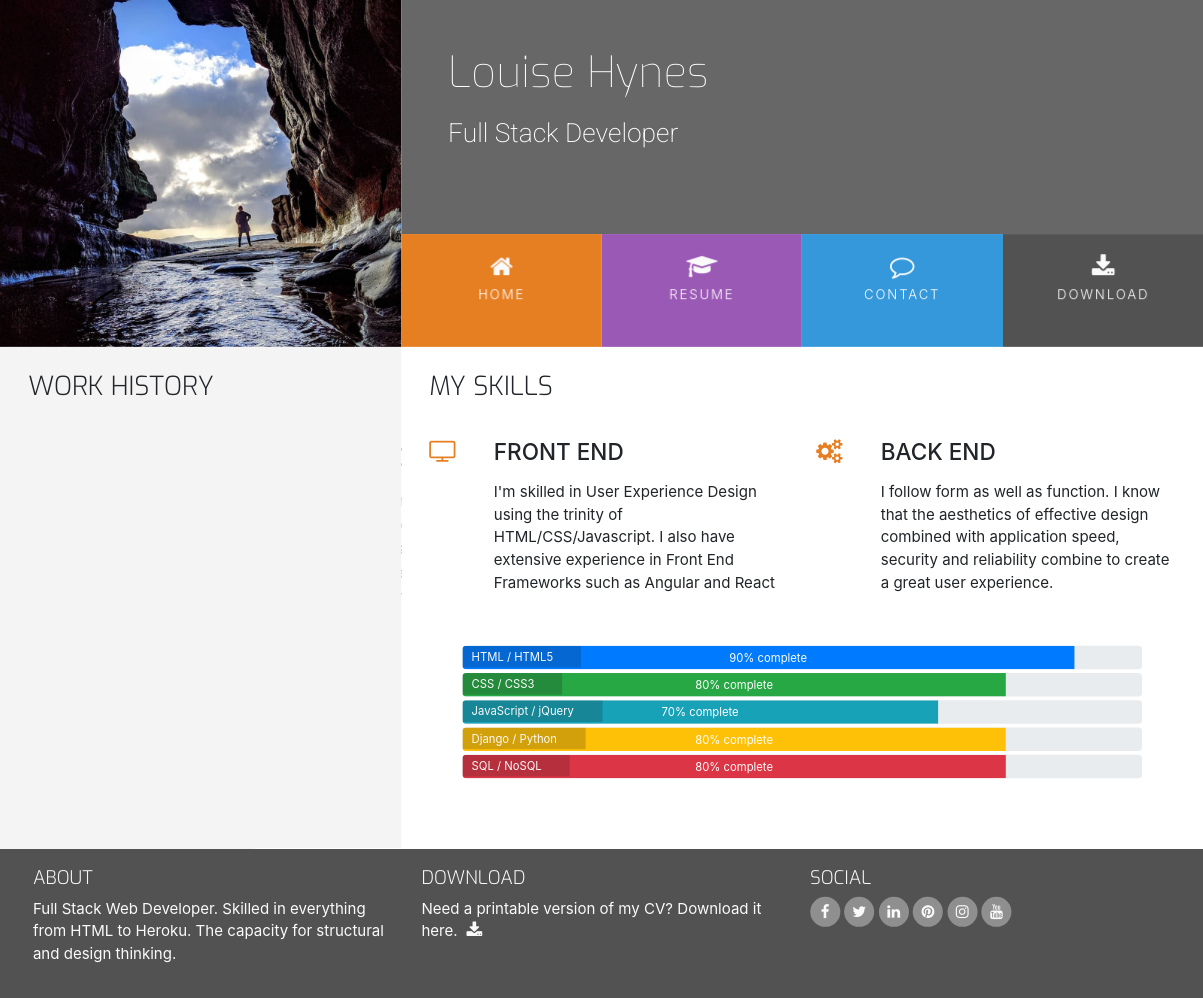
Repository: lhynes/Mini-Project-Resume
Page: resume.html
The author's editor kept a record of every edit. The page is drawn from the files as they stood at one moment, then again after the next edit.
The browser window is 1280 px wide. The pictures show the whole page, at 94% of full size.

Above is the page before.

### resume.html
<!DOCTYPE html>
<html lang="en">

<head>
    <meta charset="UTF-8">
    <meta name="viewport" content="width=device-width, initial-scale=1.0">
    <meta http-equiv="X-UA-Compatible" content="ie=edge">
    <!--access exrtenal links - bootstrap cdn - https://www.bootstrapcdn.com/-->
    <link rel="stylesheet" href="https://stackpath.bootstrapcdn.com/bootstrap/4.3.1/css/bootstrap.min.css" type="text/css" />
    <!--access exrtenal links - fontAwesome cdn - https://www.bootstrapcdn.com/-->
    <link rel="stylesheet" href="https://stackpath.bootstrapcdn.com/font-awesome/4.7.0/css/font-awesome.min.css" type="text/css" />
    <link rel="stylesheet" href="assets/css/style.css" type="text/css" />
    <link rel="stylesheet" href="https://cdnjs.cloudflare.com/ajax/libs/hover.css/2.3.1/css/hover-min.css" type="text/css" />
    <title>Louise</title>
</head>

<body>
    <header>
        <div class="row no-gutters">
            <a class="col-md-4 logo" href="index.html"></a>
            <div class="col-md-8">
                <div class="row no-gutters bg-color-name-title">
                    <div class="col heading">
                        <h1 class="name">Louise Hynes</h1>
                        <h2 class="title">Full Stack Developer</h2>
                    </div>
                </div>
                <div class="row no-gutters">
                    <div class="col">
                        <ul id="nav" class="list-inline menucontainer">
                            <li class="col-6 col-sm-3 ui-menu-color-home list-inline-item menuitem">
                                <a href="#" class="hvr-sweep-to-bottom"><i class="fa fa-home" aria-hidden="true"></i><span>Home</span></a>
                            </li>

                            <li class="col-6 col-sm-3 ui-menu-color-resume list-inline-item menuitem">
                                <a href="#" class="hvr-sweep-to-bottom"><i class="fa fa-graduation-cap" aria-hidden="true"></i><span>Resume</span></a>
                            </li>

                            <li class="col-6 col-sm-3 ui-menu-color-contact list-inline-item menuitem">
                                <a href="#" class="hvr-sweep-to-bottom"><i class="fa fa-comment-o" aria-hidden="true"></i><span>Contact</span></a>
                            </li>
                            <li class="col-6 col-sm-3 ui-menu-color-download list-inline-item menuitem">
                                <a href="#" class="hvr-sweep-to-bottom"><i class="fa fa-download" aria-hidden="true"></i><span>Download</span></a>
                            </li>
                        </ul>
                    </div>
                </div>

            </div>


    </header>
    <section class="container-fluid">
        <div class="row">
            <!--allow us to create a table structure so that our columns will remain the same height, regardless of content-->
            <!--he row-table class specifies the use of a table whereas section-column specifies the use of a table cell, which will give us evenly sized columns in terms of height.-->


            <div class="col-md-4 bg-color-personal-info section-column">
                <div class="row">
                    <div class="col-12">
                        <h3 class="section-heading uppercase">
                            Work History
                        </h3>
                    </div>
                </div>
            </div>
            <div class="col-md-8 bg-color-three-reasons section-column">
                <div class="row">
                    <div class="col">
                        <!-- will take up the space available-->
                        <h3 class="section-heading uppercase">My Skills</h3>
                    </div>
                </div>
                <div class="row">
                    <div class="col-10 offset-1 offset-sm-0 col-sm-4 col-md-6">
                        <!-- mobile view first 10 cols wide offset 1-->
                        <div class="row">
                            <div class="col-2">
                                <i class="three-reasons-icon fa fa-tv" aria-hidden="true"></i>
                            </div>
                            <div class="col-10">
                                <h4 class="three-reasons-heading uppercase">Front End</h4>
                                <p>
                                    I'm skilled in User Experience Design using the trinity of HTML/CSS/Javascript. I also have extensive experience in Front End Frameworks such as Angular and React
                                </p>
                            </div>
                        </div>
                    </div>
                    <div class="col-10 offset-1 offset-sm-0 col-sm-4 col-md-6">
                        <div class="row">
                            <div class="col-2">
                                <i class="three-reasons-icon fa fa-gears" aria-hidden="true"></i>
                            </div>
                            <div class="col-10">
                                <h4 class="three-reasons-heading uppercase">Back End</h4>
                                <p>
                                    I follow form as well as function. I know that the aesthetics of effective design combined with application speed, security and reliability combine to create a great user experience.
                                </p>
                            </div>
                        </div>
                    </div>
                </div>
                <div class="row progress-section">
                    <div class="col">
                        <div class="progress">
                            <!-- wrapper for progress bar-->
                            <div class="progress-bar" role="progressbar" aria-valuenow ="90" aria-valuemin="0" aria-valuemax="100" style="width:90%;">
                                <span class ="re-only">90% complete</span>
                            </div>
                            <span class="progress-type">HTML / HTML5</span>

                        </div>
                         <div class="progress">
                            <!-- wrapper for progress bar-->
                            <div class="progress-bar bg-success" role="progressbar" aria-valuenow ="80" aria-valuemin="0" aria-valuemax="100" style="width:80%;">
                                <span class ="re-only">80% complete</span>
                            </div>
                            <span class="progress-type">CSS / CSS3</span>

                        </div>
                        <div class="progress">
                            <!-- wrapper for progress bar-->
                            <div class="progress-bar bg-info" role="progressbar" aria-valuenow ="70" aria-valuemin="0" aria-valuemax="100" style="width:70%;">
                                <span class ="re-only">70% complete</span>
                            </div>
                            <span class="progress-type">JavaScript / jQuery</span>
                        </div>
                        <div class="progress">
                            <!-- wrapper for progress bar-->
                            <div class="progress-bar bg-warning" role="progressbar" aria-valuenow ="80" aria-valuemin="0" aria-valuemax="100" style="width:80%;">
                                <span class ="re-only">80% complete</span>
                            </div>
                            <span class="progress-type">Django / Python</span>
                        </div>
                                                <div class="progress">
                            <!-- wrapper for progress bar-->
                            <div class="progress-bar bg-danger" role="progressbar" aria-valuenow ="80" aria-valuemin="0" aria-valuemax="100" style="width:80%;">
                                <span class ="re-only">80% complete</span>
                            </div>
                            <span class="progress-type">SQL / NoSQL</span>

                        </div>
                    </div>
                </div>
            </div>
        </div>

    </section>
    <footer class="container-fluid">
        <!--full width flexible container-->
        <div id="footer-details" class="row">
            <div class="col-sm-4">
                <h5 class="uppercase general-sub">About</h5>
                <p class="inline-block">
                    Full Stack Web Developer. Skilled in everything from HTML to Heroku. The capacity for structural and design thinking.


                </p>
            </div>
            <div class="col-sm-4">
                <h5 class="uppercase general-sub">Download</h5>
                <p class="inline-block">
                    Need a printable version of my CV? Download it here.
                    <a href="#" target="_blank" class="cv-pdf">
                        <!-- _blank used to open in a new tab-->
                        <i class="fa fa-download" aria-hidden="true"></i>
                        <span class="sr-only">Download link.</span>
                    </a>
                </p>
            </div>
            <div class="col-sm-4">
                <h5 class="uppercase general-sub">Social</h5>
                <ul class="list-inline social-links">
                    <li class="list-inline-item">
                        <!-- every list-inline in boostrap needs a list-inline item-->
                        <a target="_blank" href="#">
                            <i class="fa fa-facebook" aria-hidden="true"></i>
                            <span class="sr-only">Facebook</span>
                        </a>
                    </li>
                    <li class="list-inline-item">
                        <a target="_blank" href="#">
                            <i class="fa fa-twitter" aria-hidden="true"></i>
                            <span class="sr-only">Twitter</span>
                        </a>
                    </li>
                    <li class="list-inline-item">
                        <a target="_blank" href="#">
                            <i class="fa fa-linkedin" aria-hidden="true"></i>
                            <span class="sr-only">LinkedIn</span>
                        </a>
                    </li>
                    <li class="list-inline-item">
                        <a target="_blank" href="#">
                            <i class="fa fa-pinterest" aria-hidden="true"></i>
                            <span class="sr-only">Pinterest</span>
                        </a>
                    </li>
                    <li class="list-inline-item">
                        <a target="_blank" href="#">
                            <i class="fa fa-instagram" aria-hidden="true"></i>
                            <span class="sr-only">Instagram</span>
                        </a>
                    </li>
                    <li class="list-inline-item">
                        <a target="_blank" href="#">
                            <i class="fa fa-youtube" aria-hidden="true"></i>
                            <span class="sr-only">YouTube</span>
                        </a>
                    </li>
                </ul>
            </div>

        </div>

    </footer>
</body>

</html>

### assets/css/style.css
@import url('https://fonts.googleapis.com/css?family=Roboto:100,200,300,400,500,600,700|Exo:100,200,300,400,500,600,700');

/*-----------------------------------Colours */

.bg-color-name-title {
    background-color: #676767;
    color: #ffffff;
}

.bg-color-three-reasons {
    background-color: #fff;

}

.bg-color-personal-info {
    background-color: #f4f4f4;
}

.bg-color-work-history {
    background-color: #9b59b6
}

.ui-menu-color-home {
    background-color: #e67e22
}

.ui-menu-color-resume {
    background-color: #9b59b6
}

.ui-menu-color-contact {
    background-color: #3498db
}

.ui-menu-color-download {
    background-color: #525252
}



/*-----------------------------------Special paddings/margins/text - General CSS area used more than once through out the site */

.uppercase {
    text-transform: uppercase;
}

.general-sub {
    font-family: "Exo", sans-serif;
    font-weight: 300;
    color: #fafafa;

}

h1,
h2,
h3,
h4 {
    margin: 0;
}

.inline-block {
    display: inline-block;

}

.row-table {
    display: table;

}

.section-column {
    display: table-cell;
    padding: 0 30px 30px;
    float: none;
}

.history-heading,
.section-heading {
    font-family: "Exo", sans-serif;
    font-weight: 300;
    margin-top: 25px;
    margin-bottom: 40px;
}


/*-----------------------------------Heading */

header {
    margin: 0;
}

.heading {
    margin-left: 50px;
}

.logo {
    background: url("../images/louise.jpg");
    background-position: center;
    background-repeat: no-repeat;
    background-size: cover;
    min-height: 360px;
    transition: all .5s ease-in-out;
    -moz-transition: all .5s ease-in-out;
    -webkit-transition: all .5s ease-in-out;
}

.name {
    font-family: "Exo", sans-seriif;
    font-weight: 100;
    font-size: 46px;
    margin-top: 50px;
    color: #ffffff;
}

.title {
    font-family: "Roboto", sans-seriif;
    font-weight: 200;
    font-size: 28px;
    margin-top: 20px;
    margin-bottom: 90px;
    color: #ffffff;
}

.list-inline-item:not(:last-child) {
    margin: 0;
}

.menucontainer {
    font-size: 0;
}


#nav {
    margin: 0;
}

#nav li {
    font-size: 14px;
    padding: 0;
}

.menuitem {
    height: 120px;
    /*profile image is 360 in total*/
    text-align: center;
    padding: 0;
}

.menuitem a {
    width: 100%;
    color: #ffffff;
    text-decoration: none;
    height: 120px;
}

.menuitem a i {
    padding-top: 22px;
    display: block;
    color: #fafafa;
    font-size: 26px;
}

.menuitem span {
    display: block;
    width: 100%;
    padding-top: 5px;
    text-align: center;
    text-transform: uppercase;
    font-size: 14px;
    font-weight: 300;
    letter-spacing: 2px;
}




/*-----------------------------------Hover.css */

/*background color is set in the before*/

.hvr-sweep-to-bottom:before {
    background: rgba(0, 0, 0, 0.2) !important;
    height: 120px;
}


/*-----------------------------------Footer styles */

footer {
    background-color: #525252;
    color: #fafafa;
    min-height: 120px;
    margin: 0;
}


.cv-pdf i {
    font-size: 18px;
    color: #fafafa;
    text-align: center;
    padding-left: 5px;
    transition: all 0.35s ease-in-out;
    /* put in parent element*/
    -moz-transition: all 0.35s ease-in-out;
    -webkit-transition: all 0.35s ease-in-out;
    -o-transition: all 0.35s ease-in-out;
}

.cv-pdf i:hover {
    color: #e84610;
}


.social-links {
    padding-bottom: 15px;
}

.social-links li a i {
    width: 32px;
    height: 32px;
    padding: 12px 0;
    border-radius: 50%;
    line-height: 7px;
    text-align: center;
    color: #fafafa;
    background: #8f8f8f;
    -moz-transition: all 0.35s ease-in-out;
    -webkit-transition: all 0.35s ease-in-out;
    -o-transition: all 0.35s ease-in-out;
}

.social-links li a i:hover {
    background-color: #e84610;
}

#footer-details {
    padding: 20px;
}


/*-----------------------------------Three Resons Css */

.three-reasons-icon {
    font-size: 26px;
    color: #e67e22;
}

.three-reasons-heading {
    margin-bottom: 15px;
}


/*-----------------------------------Presonal Info*/

.personal-info-item {
    margin-bottom: 20px;
    display: block;
    clear: both;
}

/*style keys, values, paragraphs*/

.personal-info-item .key,
.personal-info-item .value {
    padding-right: 8px;
    display: inline-block;

}

.personal-info-item .key p,
.personal-info-item .value p {
    margin: 0;
}

.personal-info-item .key {
    width: 30%;
    margin-right: 21px;
    padding-top: 2px;
    vertical-align: top;
}


.personal-info-item .key p {
    font-weight: 700;
}

.personal-info-item .value {
    position: relative;
    /*relative to predacessor*/
    width: 60%;
}

/*-----------------------------------Skills*/

.progress {
    position: relative;
    height: 25px;
    margin-bottom: 4px;
}

.progress-type {
    /* represents the the texrt label on the bar */
    position: absolute;
    left: 0px;
    font-weight: 400;
    padding: 3px 30px 2px 10px;
    color: #fafafa;
    background-color: rgba(25, 25, 25, 0.2)
}

.progress-section {
    margin: 40px 20px;

}


/*-----------------------------------Work History*/

.history-heading {
    color: #fafafa;
    margin-bottom: 50px;
}

.timeline-item {
    padding: 4em 2em 0em 2em;
    position: relative;
    color: #fafafa;
    border-left: 1px solid;
}

.timeline-item p {
    margin: 0;
    padding: 0;
}

.timeline-item:before {
    content: attr(data-dates);
    /*can only use contene tieh the beforer or after pseudo elements*/
    position: absolute;
    left: 2.5em;
    top: 3em;
    display: block;
    font-family: "Exo", sans-seriif;
    font-weight: 500;
    font-size: 0.8em;
    padding: 0;
    margin: 0;

}

.timeline-item:after {
    width: 12px;
    height:12px;
    display:block;
    top: 2.4em;
    border-radius: 12px;

    position:absolute;
}

After the next edit:
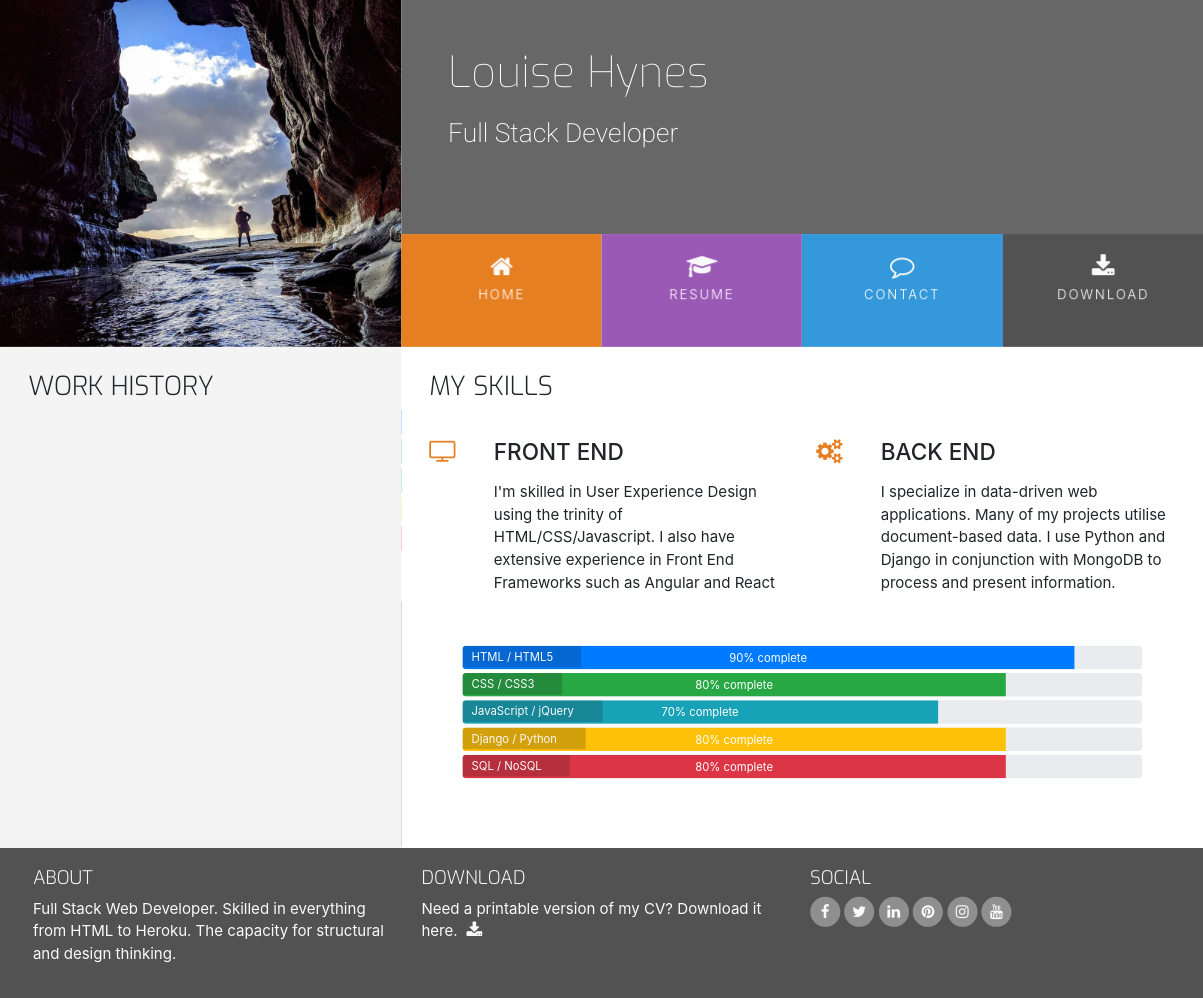
The edit:
--- a/resume.html
+++ b/resume.html
@@ -95,8 +95,7 @@
                             <div class="col-10">
                                 <h4 class="three-reasons-heading uppercase">Back End</h4>
                                 <p>
-                                    I follow form as well as function. I know that the aesthetics of effective design combined with application speed, security and reliability combine to create a great user experience.
-                                </p>
+                                    I specialize in data-driven web applications. Many of my projects utilise document-based data. I use Python and Django in conjunction with MongoDB to process and present information. </p>
                             </div>
                         </div>
                     </div>
@@ -105,38 +104,38 @@
                     <div class="col">
                         <div class="progress">
                             <!-- wrapper for progress bar-->
-                            <div class="progress-bar" role="progressbar" aria-valuenow ="90" aria-valuemin="0" aria-valuemax="100" style="width:90%;">
-                                <span class ="re-only">90% complete</span>
+                            <div class="progress-bar" role="progressbar" aria-valuenow="90" aria-valuemin="0" aria-valuemax="100" style="width:90%;">
+                                <span class="re-only">90% complete</span>
                             </div>
                             <span class="progress-type">HTML / HTML5</span>
 
                         </div>
-                         <div class="progress">
-                            <!-- wrapper for progress bar-->
-                            <div class="progress-bar bg-success" role="progressbar" aria-valuenow ="80" aria-valuemin="0" aria-valuemax="100" style="width:80%;">
-                                <span class ="re-only">80% complete</span>
+                        <div class="progress">
+                            <!-- wrapper for progress bar-->
+                            <div class="progress-bar bg-success" role="progressbar" aria-valuenow="80" aria-valuemin="0" aria-valuemax="100" style="width:80%;">
+                                <span class="re-only">80% complete</span>
                             </div>
                             <span class="progress-type">CSS / CSS3</span>
 
                         </div>
                         <div class="progress">
                             <!-- wrapper for progress bar-->
-                            <div class="progress-bar bg-info" role="progressbar" aria-valuenow ="70" aria-valuemin="0" aria-valuemax="100" style="width:70%;">
-                                <span class ="re-only">70% complete</span>
+                            <div class="progress-bar bg-info" role="progressbar" aria-valuenow="70" aria-valuemin="0" aria-valuemax="100" style="width:70%;">
+                                <span class="re-only">70% complete</span>
                             </div>
                             <span class="progress-type">JavaScript / jQuery</span>
                         </div>
                         <div class="progress">
                             <!-- wrapper for progress bar-->
-                            <div class="progress-bar bg-warning" role="progressbar" aria-valuenow ="80" aria-valuemin="0" aria-valuemax="100" style="width:80%;">
-                                <span class ="re-only">80% complete</span>
+                            <div class="progress-bar bg-warning" role="progressbar" aria-valuenow="80" aria-valuemin="0" aria-valuemax="100" style="width:80%;">
+                                <span class="re-only">80% complete</span>
                             </div>
                             <span class="progress-type">Django / Python</span>
                         </div>
-                                                <div class="progress">
-                            <!-- wrapper for progress bar-->
-                            <div class="progress-bar bg-danger" role="progressbar" aria-valuenow ="80" aria-valuemin="0" aria-valuemax="100" style="width:80%;">
-                                <span class ="re-only">80% complete</span>
+                        <div class="progress">
+                            <!-- wrapper for progress bar-->
+                            <div class="progress-bar bg-danger" role="progressbar" aria-valuenow="80" aria-valuemin="0" aria-valuemax="100" style="width:80%;">
+                                <span class="re-only">80% complete</span>
                             </div>
                             <span class="progress-type">SQL / NoSQL</span>
 
